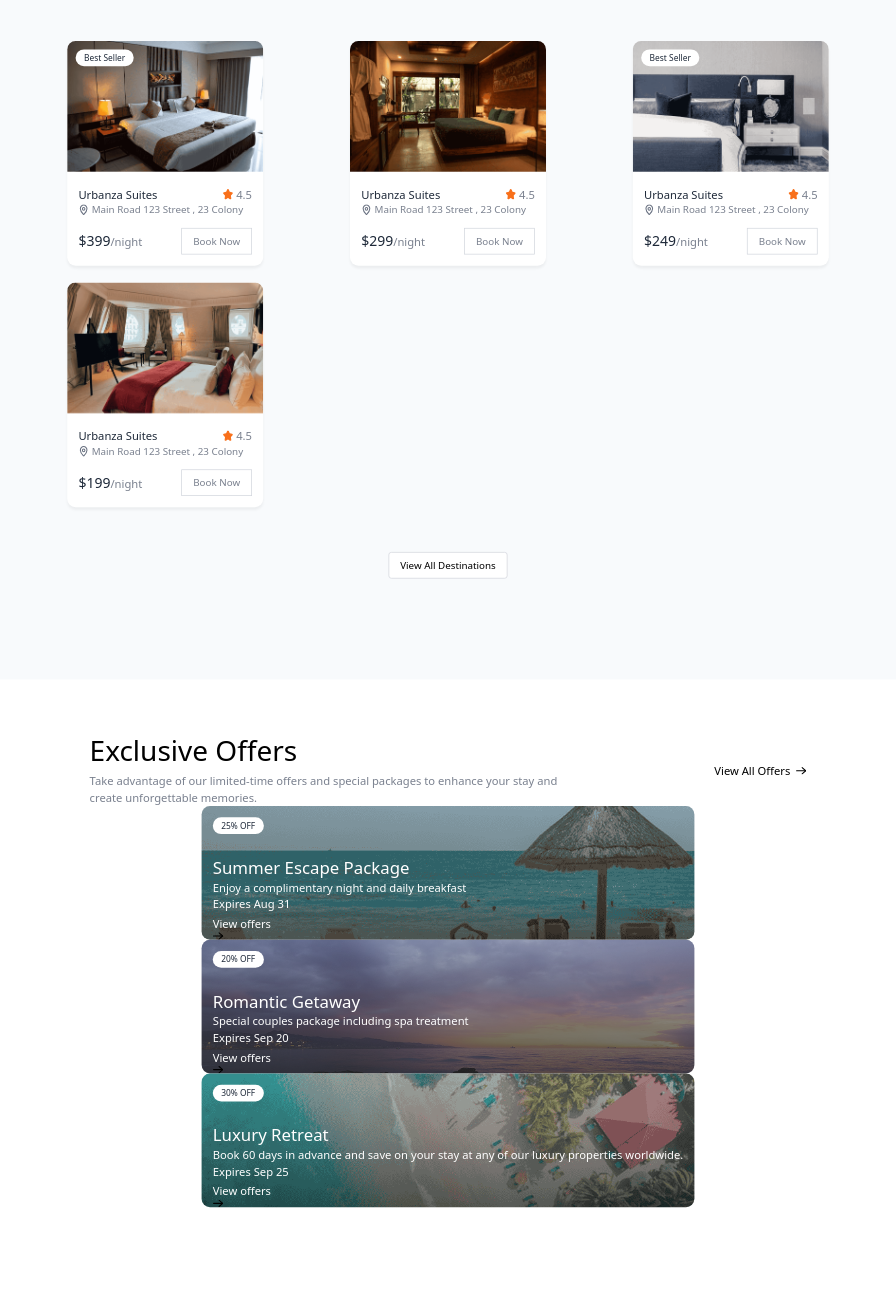
Repository: Ponn-Star/My-App
Page: / (app in FrontEnd/)
An editor plug-in stored every save of this project. The page is shown before and after the next save, followed by the edit.
The browser window is 1280 px wide. The pictures show the part of the page from y = 921 to 2841 px (the page is 2766 px tall before and 2841 px after), at 70% of full size.
The project was rebuilt for these pictures with package versions that can differ from the ones it lists, and the page was loaded fresh each time. Also part of the build but not shown: FrontEnd/vite.config.js, FrontEnd/src/assets/assets.js.

Above is the page before, as saved 2025-05-08 23:14:20.

After the next save:
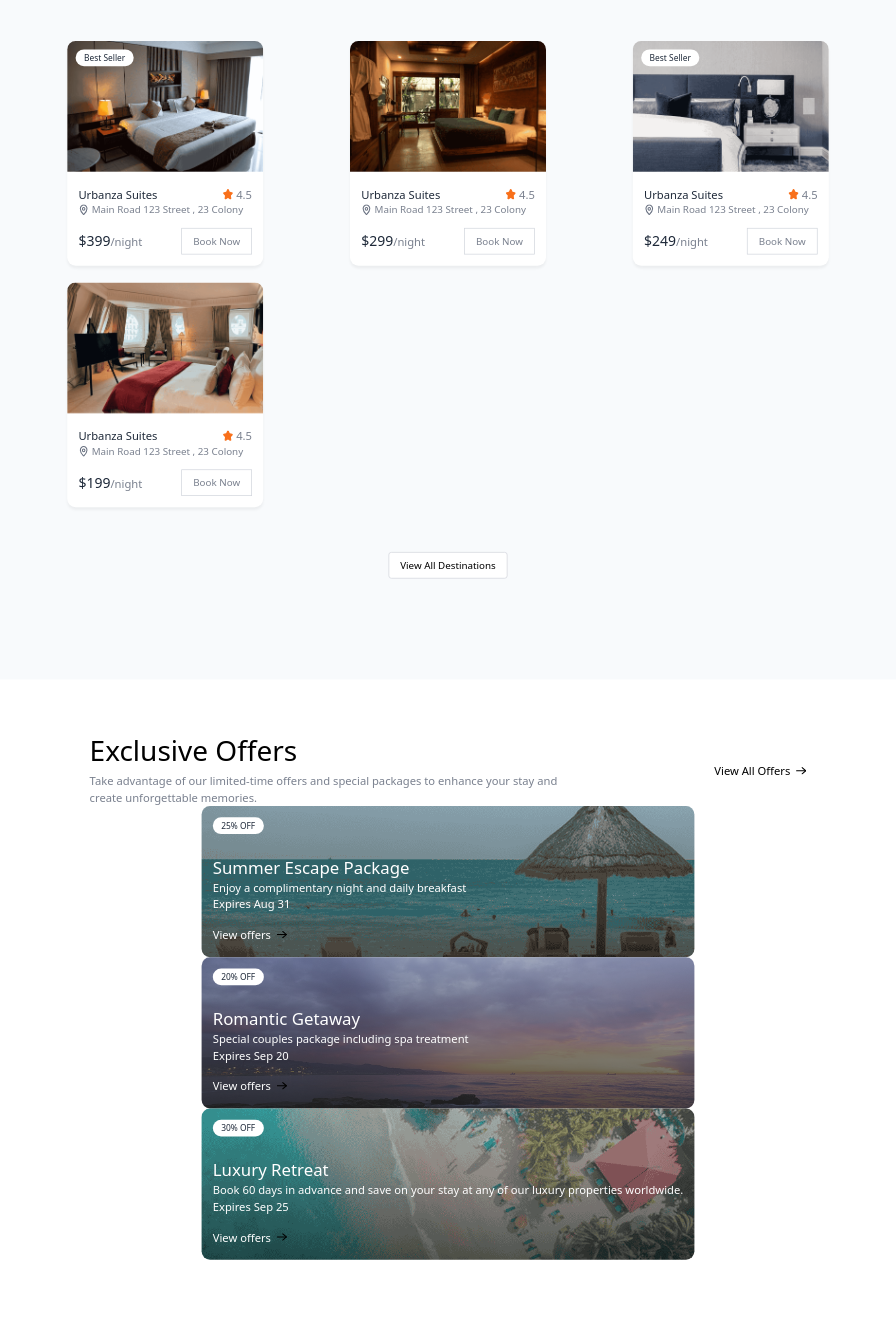
Saved 13 s later.
--- a/FrontEnd/src/components/ExclusiveOffers.jsx
+++ b/FrontEnd/src/components/ExclusiveOffers.jsx
@@ -24,7 +24,7 @@ const ExclusiveOffers = () => {
                     <p>{item.description}</p>
                     <p>Expires {item.expiryDate}</p>
                 </div>
-                <button>
+                <button className='flex items-center gap-2 font-medium cursor-pointer mt-4 mb-5'>
                     View offers
                     <img src={assets.arrowIcon} alt="" />
                 </button>
